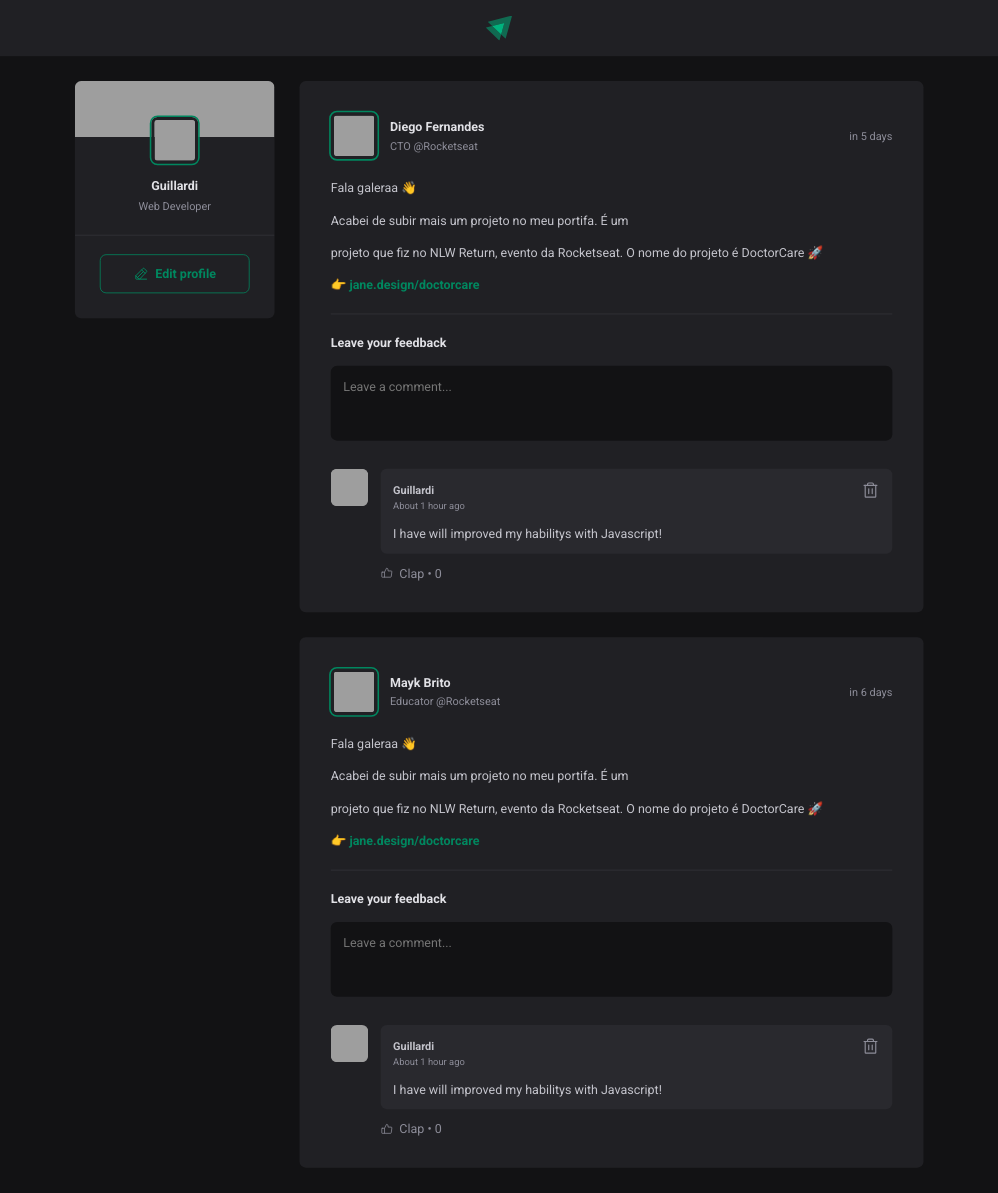
Repository: JoseGu1llardi/ignite-media-ts
Page: /
These files come from the project's save history. The page is drawn as it stood at one moment and after the next save; the edit follows.
The browser window is 1280 px wide. The pictures show the whole page, at 78% of full size.
Pictures or frames that could not be fetched are drawn as grey boxes. The project was rebuilt for these pictures with package versions that can differ from the ones it lists, and the page was loaded fresh each time. Also part of the build but not shown: vite.config.ts.

Above is the page before, as saved 2023-03-08 15:45:30.

After the next save:
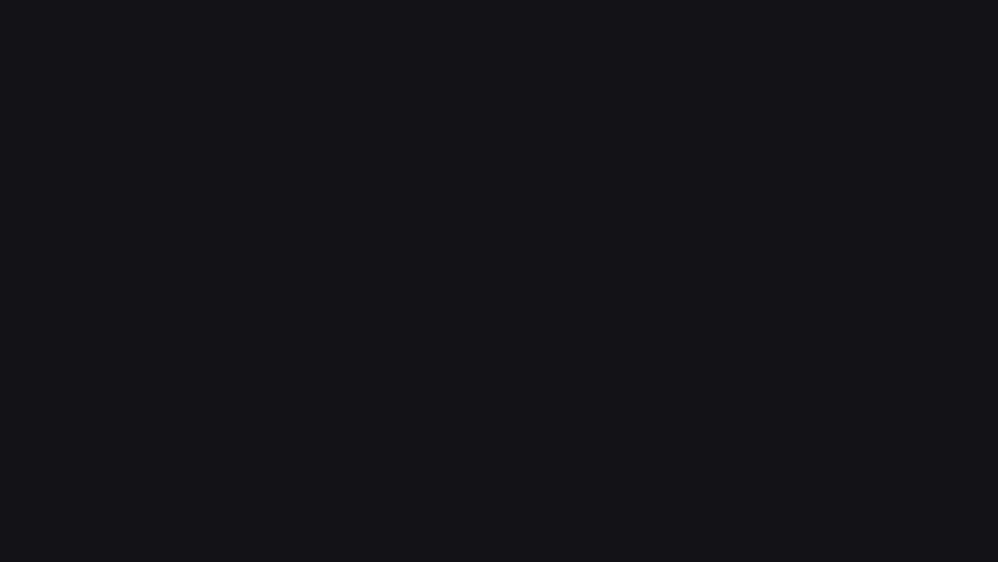
Console error: ReferenceError: publishedAt is not defined
Saved 3 min 50 s later.
--- a/src/components/Post/index.tsx
+++ b/src/components/Post/index.tsx
@@ -24,7 +24,7 @@
   publishedAt: Date;
 }
 
-export function Post({ author, content, publishedAt }: PostProps) {
+export function Post(post: PostProps) {
 
   console.log(publishedAt);
 

After the save that followed:
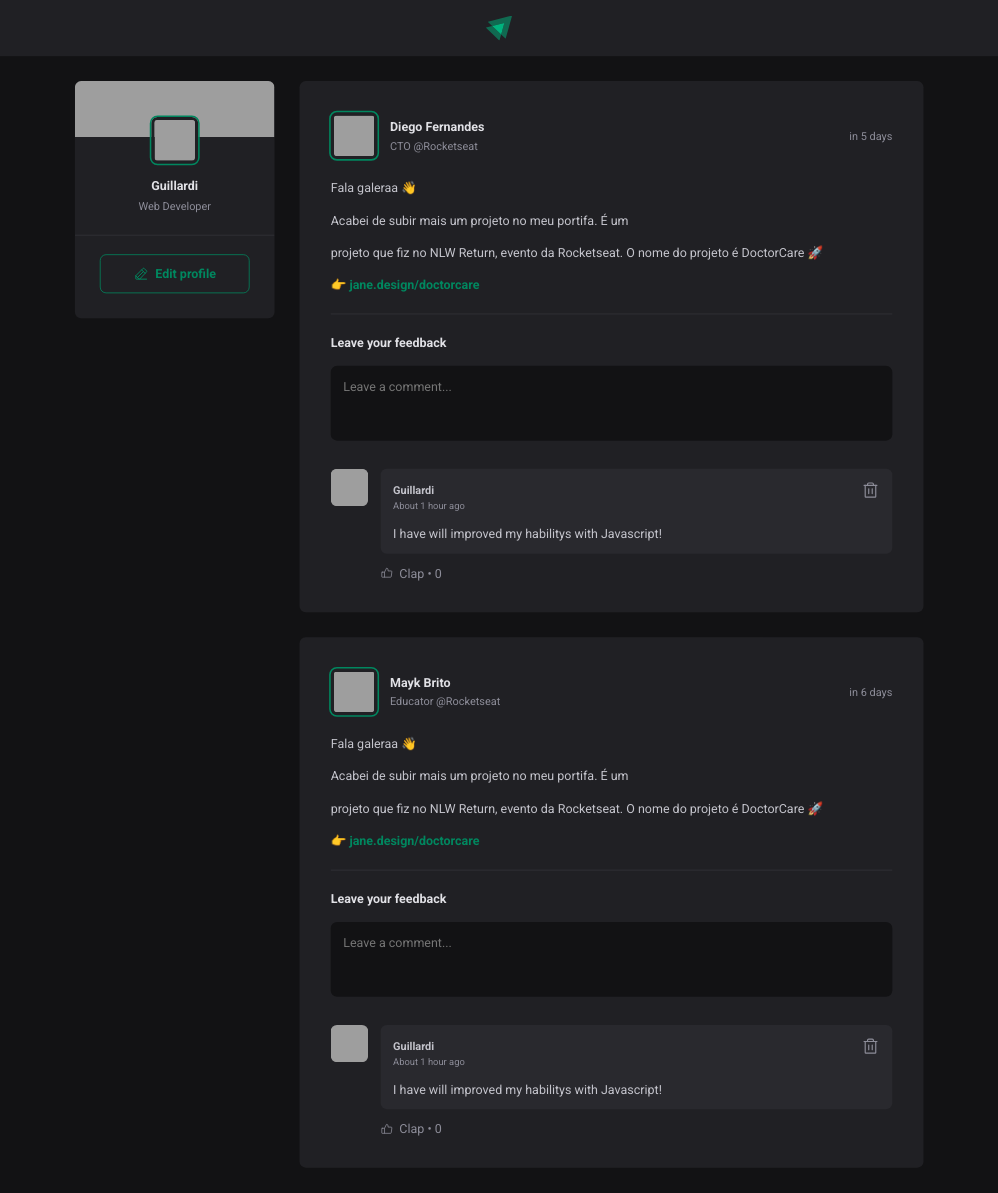
The error is gone.
Saved 24 s later.
--- a/src/components/Post/index.tsx
+++ b/src/components/Post/index.tsx
@@ -24,7 +24,7 @@
   publishedAt: Date;
 }
 
-export function Post(post: PostProps) {
+export function Post({ author, content, publishedAt }: PostProps) {
 
   console.log(publishedAt);
 
